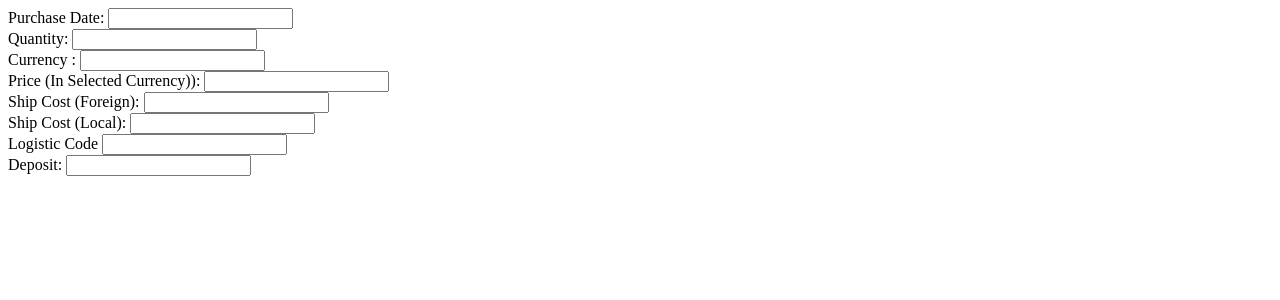
Repository: cheukyin21hk/DudeClothingConsole
Page: http://localhost/DudeClothing/WEB-INF/views/purchaseMgt.jsp
The author's editor kept a copy of each file at every save. The page is drawn from the files as they stood at one save, then again after a run of saves.
The browser window is 1280 px wide. The pictures show the whole page.
The page is served by Tomcat 9. Nobody is signed in. Other server files are loaded and not shown. The template is opened directly, without the code that normally fills it, so the values that code supplies are empty.

Above is the page before, as saved 2015-06-01 02:53:49.

### DudeClothing/src/main/webapp/WEB-INF/views/purchaseMgt.jsp
<%@ page language="java" contentType="text/html; charset=UTF-8"
	pageEncoding="UTF-8"%>
<!DOCTYPE html PUBLIC "-//W3C//DTD HTML 4.01 Transitional//EN" "http://www.w3.org/TR/html4/loose.dtd">
<html>
<head>
<meta http-equiv="Content-Type" content="text/html; charset=UTF-8">
<title>DudeClothing - Purchase Info Management</title>
</head>
<body>
	Purchase Date:
	<input type='text'>
	<br /> Quantity:
	<input type='text'>
	<br /> Currency :
	<input type='text'>
	<br /> Price (In Selected Currency)):
	<input type='text'>
	<br /> Ship Cost (Foreign):
	<input type='text'>
	<br /> Ship Cost (Local):
	<input type='text'>
	<br /> Logistic Code
	<input type='text'>
	<br /> Deposit:
	<input type='text'>
</body>
</html>

After the next 3 saves:
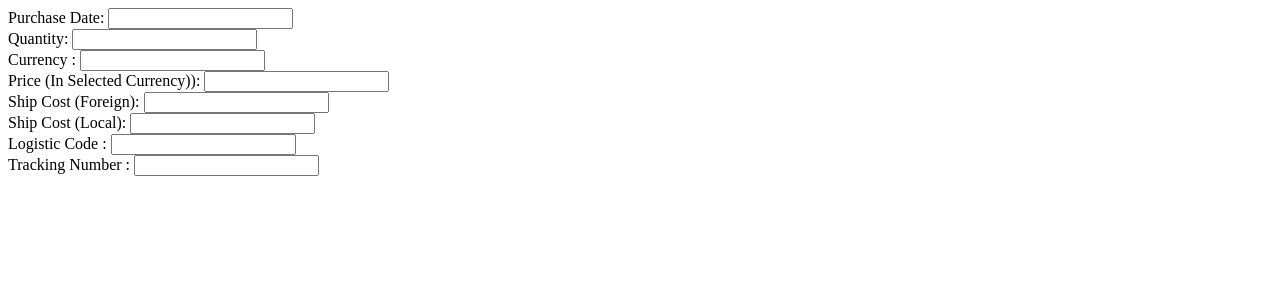
The 3 saves are shown as one change because they came seconds apart.
The last was saved 10 s later.
--- a/DudeClothing/src/main/webapp/WEB-INF/views/purchaseMgt.jsp
+++ b/DudeClothing/src/main/webapp/WEB-INF/views/purchaseMgt.jsp
@@ -19,9 +19,9 @@
 	<input type='text'>
 	<br /> Ship Cost (Local):
 	<input type='text'>
-	<br /> Logistic Code
+	<br /> Logistic Code :
 	<input type='text'>
-	<br /> Deposit:
+	<br /> Tracking Number :
 	<input type='text'>
 </body>
 </html>
